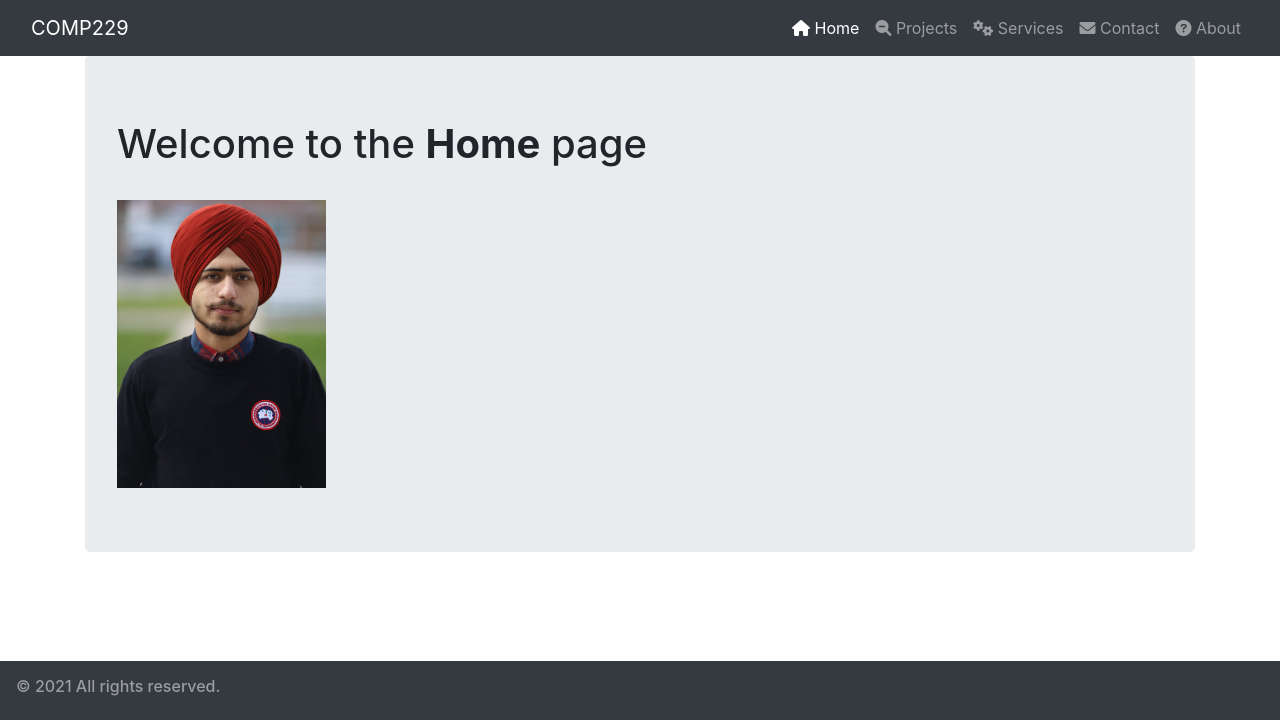
Repository: arsh16/week3_demo2
Page: http://localhost/
These files come from the project's save history. The page is drawn as it stood at one moment and after the next save; the edit follows.
The browser window is 1280 px wide. The pictures show the whole page.
Some web libraries are served in a nearby version. The page is served by the project's Node server (server.js).

Above is the page before, as saved 2021-09-30 17:42:05.

After the next save:
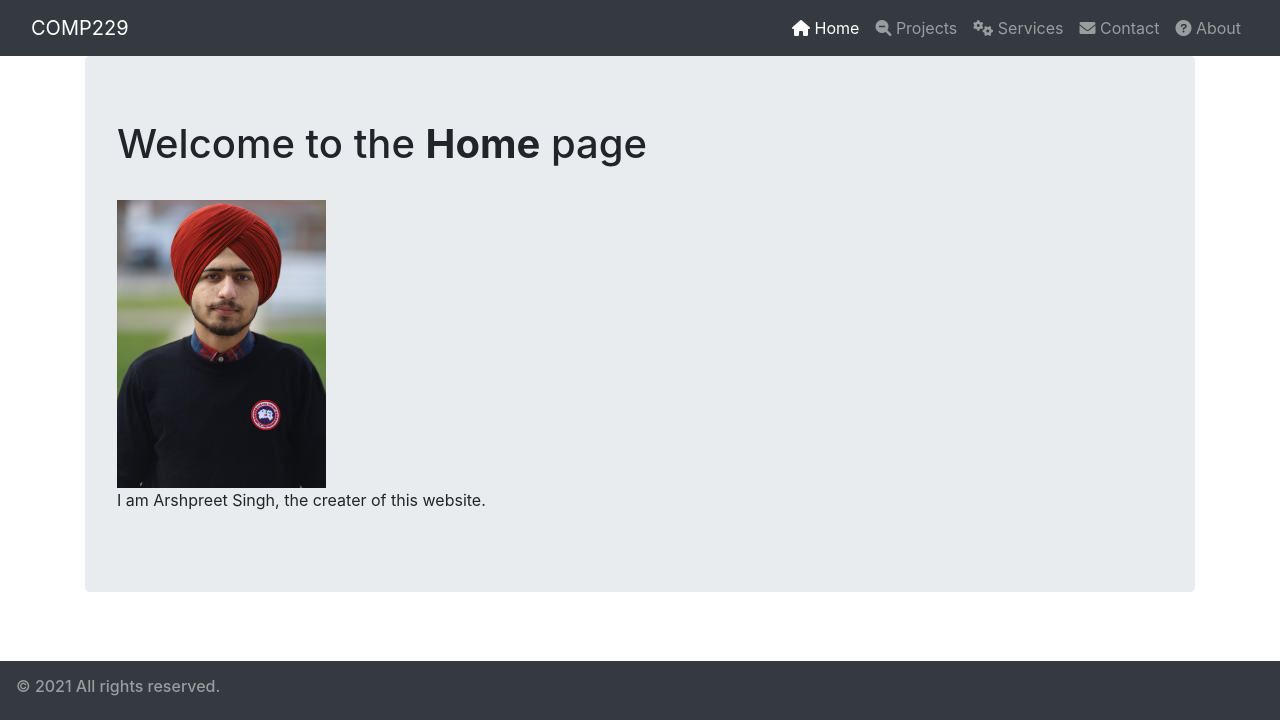
Saved 67 s later.
--- a/views/contents/home.ejs
+++ b/views/contents/home.ejs
@@ -1,2 +1,3 @@
 <br>
 <img src="\Assets\images\arsh.jpg" width="20%">
+<p>I am Arshpreet Singh, the creater of this website. </p>
